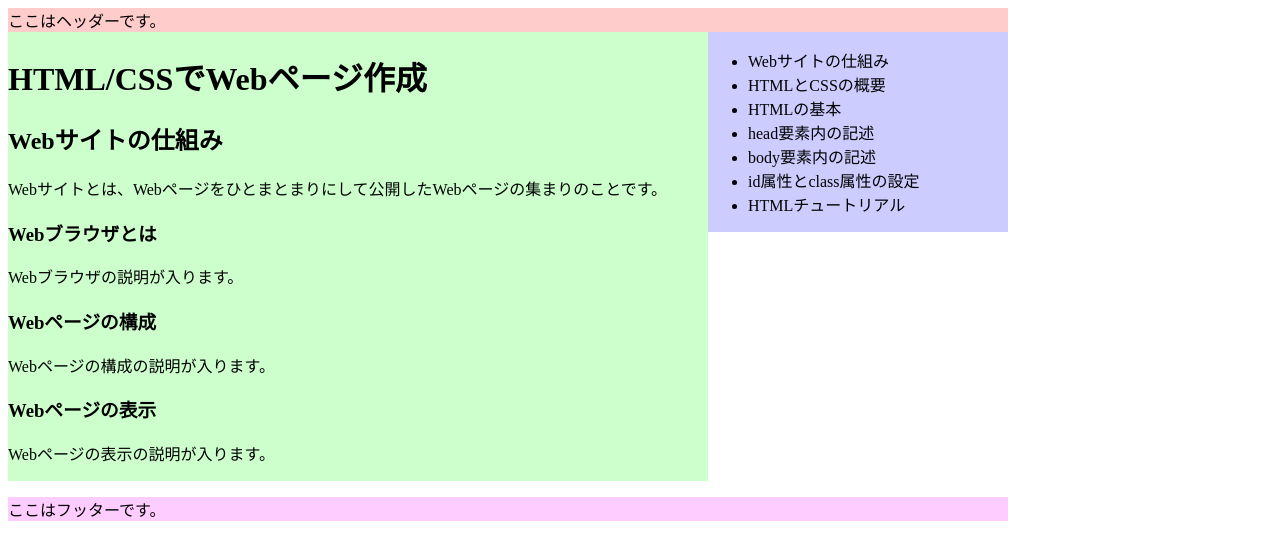
Repository: omastudio/first-git
Page: kadai-html.html
The author's editor kept a record of every edit. The page is drawn from the files as they stood at one moment, then again after the next edit.
The browser window is 1280 px wide. The pictures show the whole page.

Above is the page before.

### kadai-html.html
<!DOCTYPE html>
<html lang="ja">
    <head>
        <meta charset="utf-8">
        <title>HTML/CSSでWebページ作成</title>
        <link rel="stylesheet" href="kadai-css.css">
    </head>
    <body>
        <header>
            ここはヘッダーです。
        </header>
        <div id="wrapper" class="clearfix">
            <nav id="menu">
                <ul>
                    <li>Webサイトの仕組み</li>
                    <li>HTMLとCSSの概要</li>
                    <li>HTMLの基本</li>
                    <li>head要素内の記述</li>
                    <li>body要素内の記述</li>
                    <li>id属性とclass属性の設定</li>
                    <li>HTMLチュートリアル</li>
                </ul>
            </nav>
            <div id="main">
                <h1>HTML/CSSでWebページ作成</h1>
                <h2>Webサイトの仕組み</h2>
                <p>Webサイトとは、Webページをひとまとまりにして公開したWebページの集まりのことです。</p>
                <h3>Webブラウザとは</h3>
                <p>Webブラウザの説明が入ります。</p>
                <h3>Webページの構成</h3>
                <p>Webページの構成の説明が入ります。</p>
                <h3>Webページの表示</h3>
                <p>Webページの表示の説明が入ります。</p>
            </div>
        </div>
        <footer><p>ここはフッターです。</p></footer>
    </body>
</html>

### kadai-css.css
@charset "UTF-8";

header {
    background-color: #ffcccc;
}

body{
    width: 1000px;
}

nav#menu {
    float: right;
    background-color: #ccccff;
    width: 300px;
}

div#main {
    float: left;
    background-color: #ccffcc;
    width: 700px;
}

footer {
  background-color: #ffccff;
}

.clearfix::after {
  content: '';
  display: block;
  clear: both;
}

After the next edit:
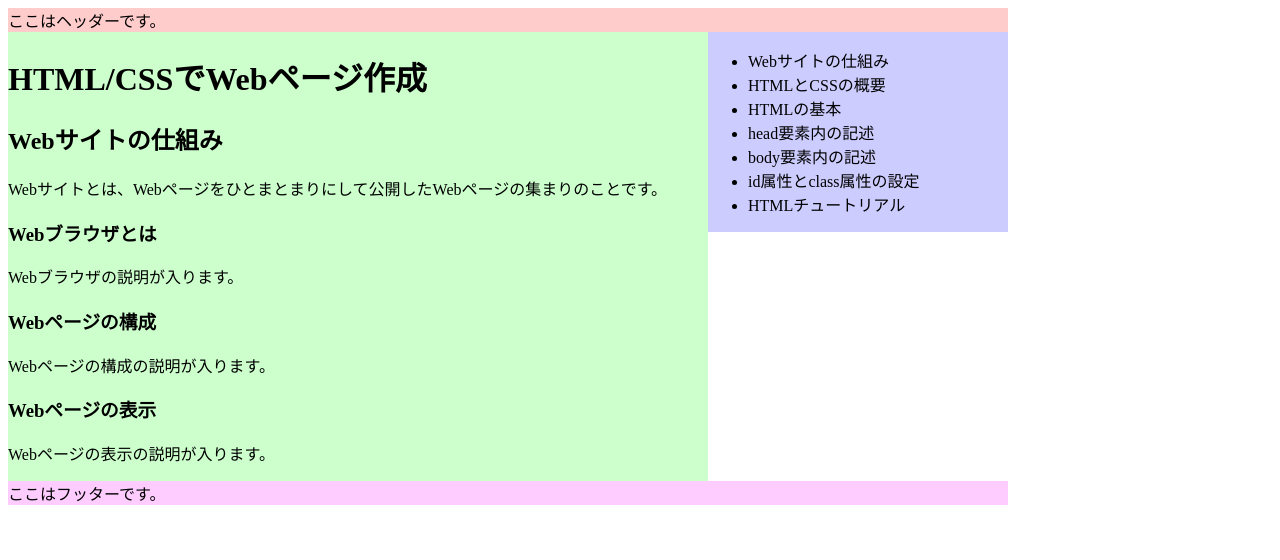
The edit:
--- a/kadai-html.html
+++ b/kadai-html.html
@@ -33,6 +33,8 @@
                 <p>Webページの表示の説明が入ります。</p>
             </div>
         </div>
-        <footer><p>ここはフッターです。</p></footer>
+        <footer>
+            ここはフッターです。
+        </footer>
     </body>
 </html>
